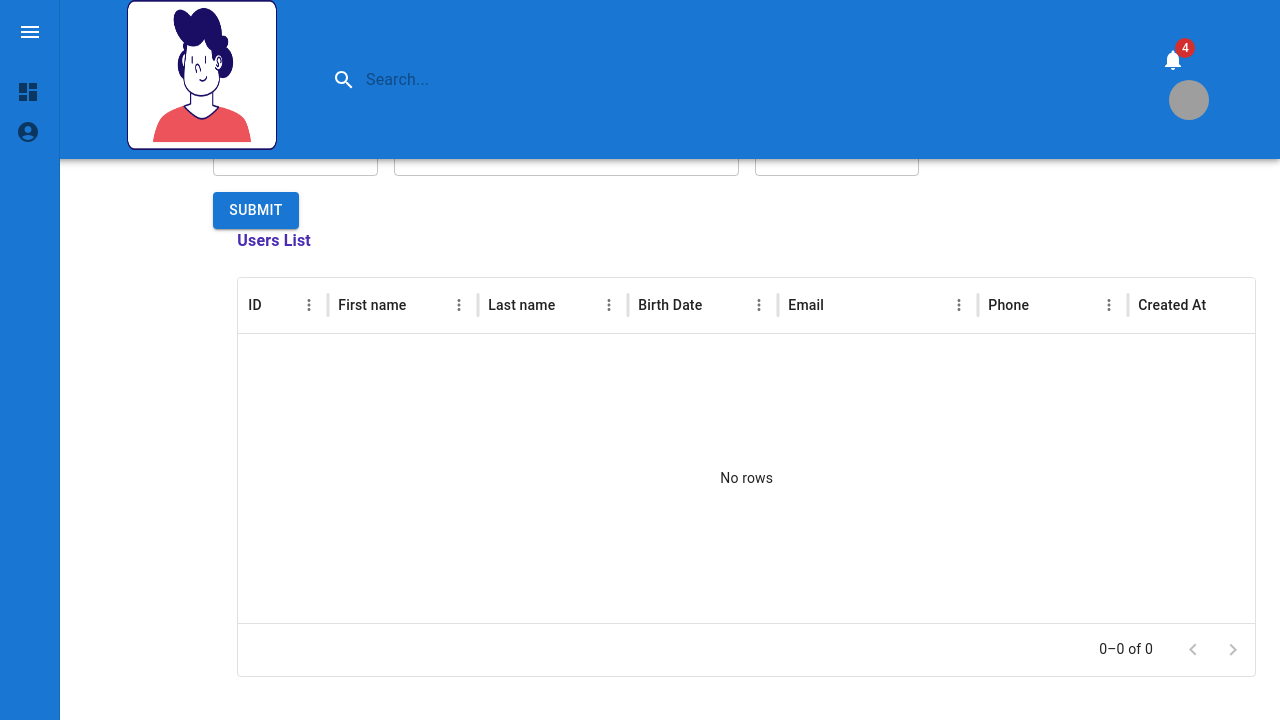
Repository: lenx0/front-client-manager
Page: /
The author's editor kept a copy of each file at every save. The page is drawn from the files as they stood at one save, then again after the next save.
The browser window is 1280 px wide. The pictures show the whole page.
Pictures or frames that could not be fetched are drawn as grey boxes. The page's requests for data from a server got no answer. The project was rebuilt for these pictures with package versions that can differ from the ones it lists, and the page was loaded fresh each time. No one was signed in, and anything a server would have sent is missing. Also part of the build but not shown: vite.config.js, src/App.css.

Above is the page before, as saved 2024-06-25 13:09:56.

### index.html
<!doctype html>
<html lang="en">
  <head>
    <meta charset="UTF-8" />
    <meta name="viewport" content="width=device-width, initial-scale=1.0" />
    <title>Client Manager</title>
  </head>
  <body>
    <div id="root"></div>
    <script type="module" src="/src/main.jsx"></script>
  </body>
</html>

### src/App.jsx
import { Box, Grid } from '@mui/material'
import './App.css'
import UserForm from './components/UserForm'
import UserList from './components/UserList'
import Header from './components/Layout/Header'
import Sidebar from './components/Layout/Sidebar'

function App() {

  return (
    <Grid container>
      <Grid item xs={12}>
        <Header />
      </Grid>
      <Grid item xs={2}>
        <Sidebar />
      </Grid>
      <Grid item xs={10}>
        <UserForm />
        <UserList />
      </Grid>
    </Grid>
  )
}

export default App

### src/components/UserForm.jsx
import React from 'react';
import { useForm } from 'react-hook-form';
import CustomInput from './CustomInput';
import { Button, Grid, Typography } from '@mui/material';
import axios from 'axios';

const UserForm = () => {
  const { handleSubmit, control, reset } = useForm();

  const onSubmit = async (data) => {
    try {
      const response = await axios.post('http://localhost:3100/v1/users/create', data);
      console.log('Dados enviados com sucesso:', response.data);
      reset();
    } catch (error) {
      console.error('Erro ao enviar dados:', error);
    }
  };

  return (
    <Grid container direction="column" xs={12}>
      <Typography fontWeight={700} pb={3} color="#492cb3">
        General Details
      </Typography>
      <form onSubmit={handleSubmit(onSubmit)}>
        <Grid container spacing={2}>
          <Grid item xs={6}>
            <CustomInput
              name="firstName"
              control={control}
              label="First Name"
              rules={{ required: 'First name is required' }}
            />
          </Grid>
          <Grid item xs={6}>
            <CustomInput
              name="lastName"
              control={control}
              label="Last Name"
              rules={{ required: 'Last name is required' }}
            />
          </Grid>
          <Grid item xs={2}>
            <CustomInput
              name="birthDate"
              control={control}
              label="Birth Date"
              placeHolder="none"
              type="date"
              rules={{ required: 'Birth date is required' }}
              defaultValue=""
            />
          </Grid>
          <Grid item xs={4}>
            <CustomInput
              name="email"
              control={control}
              label="Email"
              type="email"
              rules={{
                required: 'Email is required',
                pattern: {
                  value: /^[a-zA-Z0-9_.+-]+@[a-zA-Z0-9-]+\.[a-zA-Z0-9-.]+$/,
                  message: 'Enter a valid email address',
                },
              }}
            />
          </Grid>
          <Grid item xs={2}>
            <CustomInput
              name="phone"
              control={control}
              label="Phone"
              rules={{ required: 'Phone number is required' }}
            />
          </Grid>
          <Grid item xs={12}>
            <Button type="submit" variant="contained" color="primary">
              Submit
            </Button>
          </Grid>
        </Grid>
      </form>
    </Grid>
  );
};

export default UserForm;

### src/components/UserList/index.jsx
import React, { useState, useEffect } from 'react';
import { DataGrid } from '@mui/x-data-grid';
import axios from 'axios';
import { Box, Container, Typography } from '@mui/material';

const UserList = () => {
  const [users, setUsers] = useState([]);
  const [loading, setLoading] = useState(true);

  useEffect(() => {
    const fetchUsers = async () => {
      try {
        const response = await axios.get('http://localhost:3100/v1/users/list');
        setUsers(response.data);
        setLoading(false);
      } catch (error) {
        console.error('Erro ao buscar usuários:', error);
        setLoading(false);
      }
    };

    fetchUsers();
  }, []);

  const columns = [
    { field: 'id', headerName: 'ID', width: 90 },
    { field: 'firstName', headerName: 'First name', width: 150 },
    { field: 'lastName', headerName: 'Last name', width: 150 },
    { field: 'birthDate', headerName: 'Birth Date', width: 150 },
    { field: 'email', headerName: 'Email', width: 200 },
    { field: 'phone', headerName: 'Phone', width: 150 },
    { field: 'moment', headerName: 'Created At', width: 180 },
  ];

  const rows = users.map((user, index) => ({
    id: index + 1,
    ...user,
  }));

  return (
    <Container>
      <Typography fontWeight={700} pb={3} color="#492cb3">Users List</Typography>
      <Box style={{ height: 400, width: '100%' }}>
        <DataGrid
          rows={rows}
          columns={columns}
          pageSize={5}
          rowsPerPageOptions={[5]}
          loading={loading}
          pagination
          paginationMode="client"
          initialState={{
            pagination: {
              paginationModel: { page: 1, pageSize: 5 }
            },
            sorting: {
              sortModel: [{ field: 'orderDate', sort: 'desc' }]
            }
          }}
        />
      </Box>
    </Container>
  );
};

export default UserList;

### src/components/Layout/Header.jsx
import React from 'react';
import { AppBar, Toolbar, Typography, InputBase, IconButton, Badge, Avatar, Grid } from '@mui/material';
import { Menu as MenuIcon, Search as SearchIcon, Notifications as NotificationsIcon, AccountCircle as AccountCircleIcon } from '@mui/icons-material';

const Header = () => {
  return (
    <AppBar position="fixed" sx={{ bgcolor: 'primary.main' }}>
      <Toolbar>
        <Grid container alignItems="center">
          <Grid item xs={1}>
            <IconButton
              size="large"
              edge="start"
              color="inherit"
              aria-label="open drawer"
            >
              <MenuIcon />
            </IconButton>
          </Grid>
          <Grid item xs={2}>
            <Typography variant="h6" noWrap>
              <img width={150} height={150} src="/images/bendy-call-user-window.png"/>
            </Typography>
          </Grid>
          <Grid item xs={8}>
            <div style={{ display: 'flex', alignItems: 'center' }}>
              <SearchIcon style={{ marginRight: '10px' }} />
              <InputBase
                placeholder="Search..."
                inputProps={{ 'aria-label': 'search' }}
                fullWidth
              />
            </div>
          </Grid>
          <Grid item xs={1}>
            <IconButton color="inherit">
              <Badge badgeContent={4} color="error">
                <NotificationsIcon />
              </Badge>
            </IconButton>
            <Avatar alt="User Avatar" src="/avatar.jpg" sx={{ ml: 2 }} />
          </Grid>
        </Grid>
      </Toolbar>
    </AppBar>
  );
};

export default Header;

### src/components/Layout/Sidebar.jsx
import React, { useState } from 'react';
import { Drawer, List, ListItem, ListItemIcon, ListItemText, IconButton } from '@mui/material';
import { Dashboard as DashboardIcon, AccountCircle as AccountCircleIcon, Menu as MenuIcon } from '@mui/icons-material';

const Sidebar = () => {
    const [open, setOpen] = useState(false);

    const toggleDrawer = () => {
        setOpen(!open);
    };

    const handleListItemClick = () => {
        setOpen(true); // Expande o Drawer ao clicar em qualquer item da lista
    };

    return (
        <Drawer
            variant="permanent"
            sx={{
                width: open ? 240 : 60,
                flexShrink: 0,
                '& .MuiDrawer-paper': {
                    width: open ? 240 : 60,
                    boxSizing: 'border-box',
                    transition: 'width 0.3s ease-in-out',
                    bgcolor: 'primary.main',
                    color: 'white',
                },
            }}
        >
            <div style={{ display: 'flex', justifyContent: 'center', alignItems: 'center', height: '64px' }}>
                <IconButton onClick={toggleDrawer} sx={{ color: 'white' }}>
                    <MenuIcon />
                </IconButton>
            </div>
            <List>
                <ListItem button onClick={handleListItemClick}>
                    <ListItemIcon>
                        <DashboardIcon />
                    </ListItemIcon>
                    {open && <ListItemText primary="Dashboard" />}
                </ListItem>
                <ListItem button onClick={handleListItemClick}>
                    <ListItemIcon>
                        <AccountCircleIcon />
                    </ListItemIcon>
                    {open && <ListItemText primary="Profile" />}
                </ListItem>
            </List>
        </Drawer>
    );
};

export default Sidebar;

### src/components/CustomInput.jsx
import React from 'react';
import { Controller } from 'react-hook-form';
import TextField from '@mui/material/TextField';

const CustomInput = ({ name, control, label, type = 'text', rules, defaultValue = '' }) => {
  return (
    <Controller
      name={name}
      control={control}
      defaultValue={defaultValue}
      rules={rules}
      render={({ field, fieldState: { error } }) => (
        <TextField
          {...field}
          label={label}
          type={type}
          error={!!error}
          helperText={error ? error.message : null}
          variant="outlined"
          InputLabelProps={type === 'date' ? { shrink: true } : {}}
          fullWidth
        />
      )}
    />
  );
};

export default CustomInput;

Loaded but not shown: src/main.jsx (common file); src/index.css (common file)

After the next save:
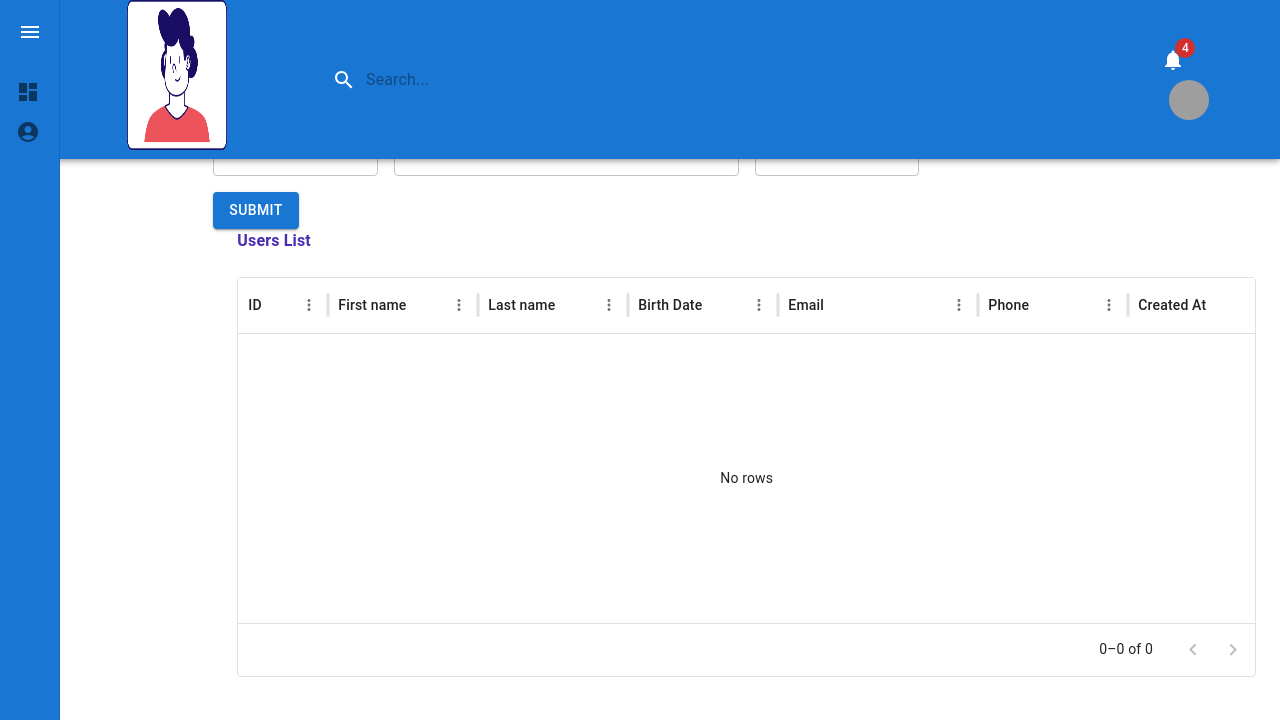
Saved 4 s later.
--- a/src/components/Layout/Header.jsx
+++ b/src/components/Layout/Header.jsx
@@ -19,7 +19,7 @@ const Header = () => {
           </Grid>
           <Grid item xs={2}>
             <Typography variant="h6" noWrap>
-              <img width={150} height={150} src="/images/bendy-call-user-window.png"/>
+              <img width={100} height={150} src="/images/bendy-call-user-window.png"/>
             </Typography>
           </Grid>
           <Grid item xs={8}>
